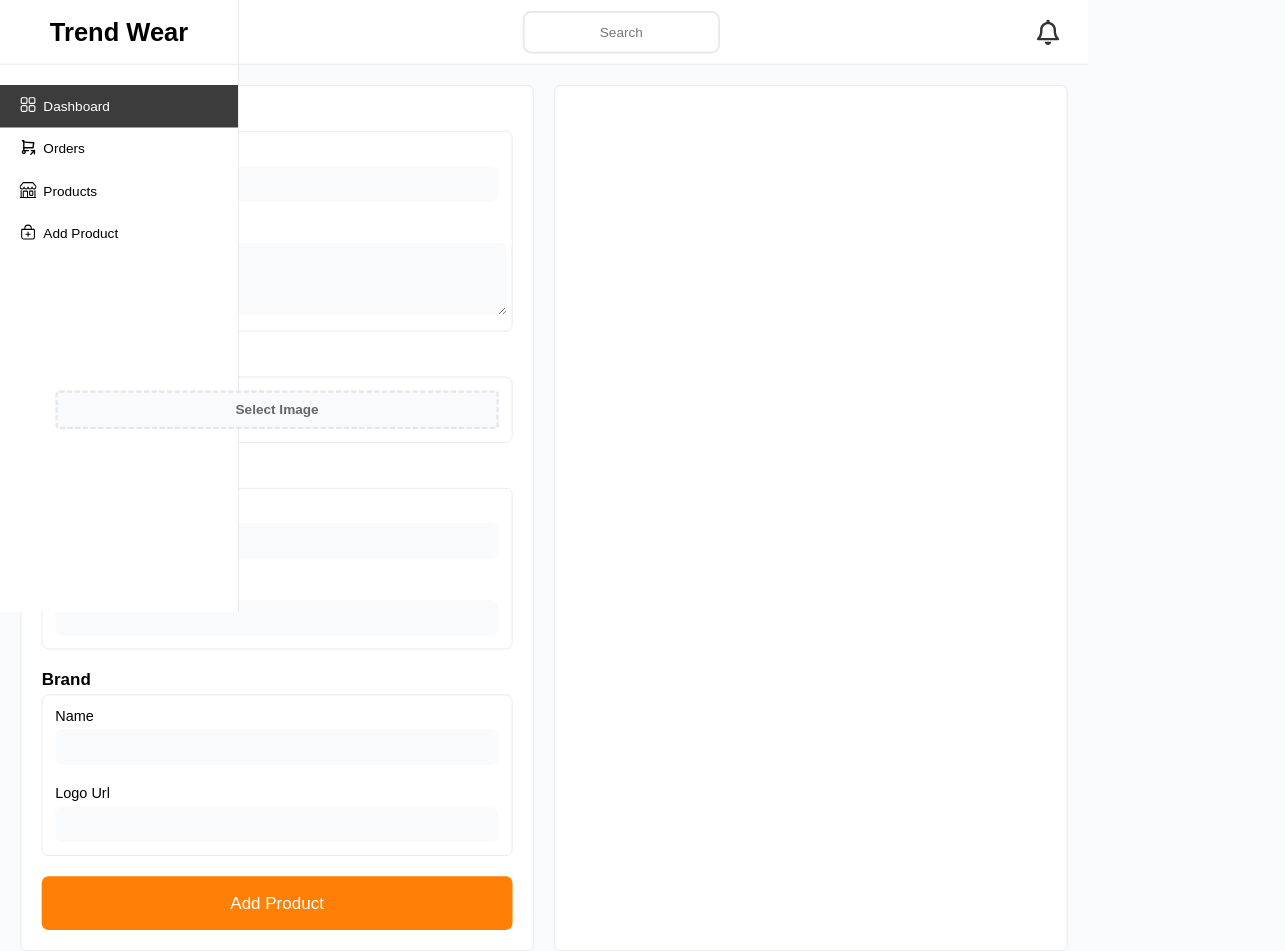
Repository: ahmad-dev7/TrendWear
Page: / (app in trend_wear_dashboard/)
These files come from the project's save history. The page is drawn as it stood at one moment and after the next save; the edit follows.
The browser window is 1280 px wide. The page is 1280 px wide, then 1512 px, so the pictures cover 1512 px, including what lies to the right of the window. The pictures show the whole page, at 85% of full size.
The project was rebuilt for these pictures with package versions that can differ from the ones it lists, and the page was loaded fresh each time. Also part of the build but not shown: trend_wear_dashboard/vite.config.ts.

Above is the page before, as saved 2025-01-20 13:30:17.

After the next save:
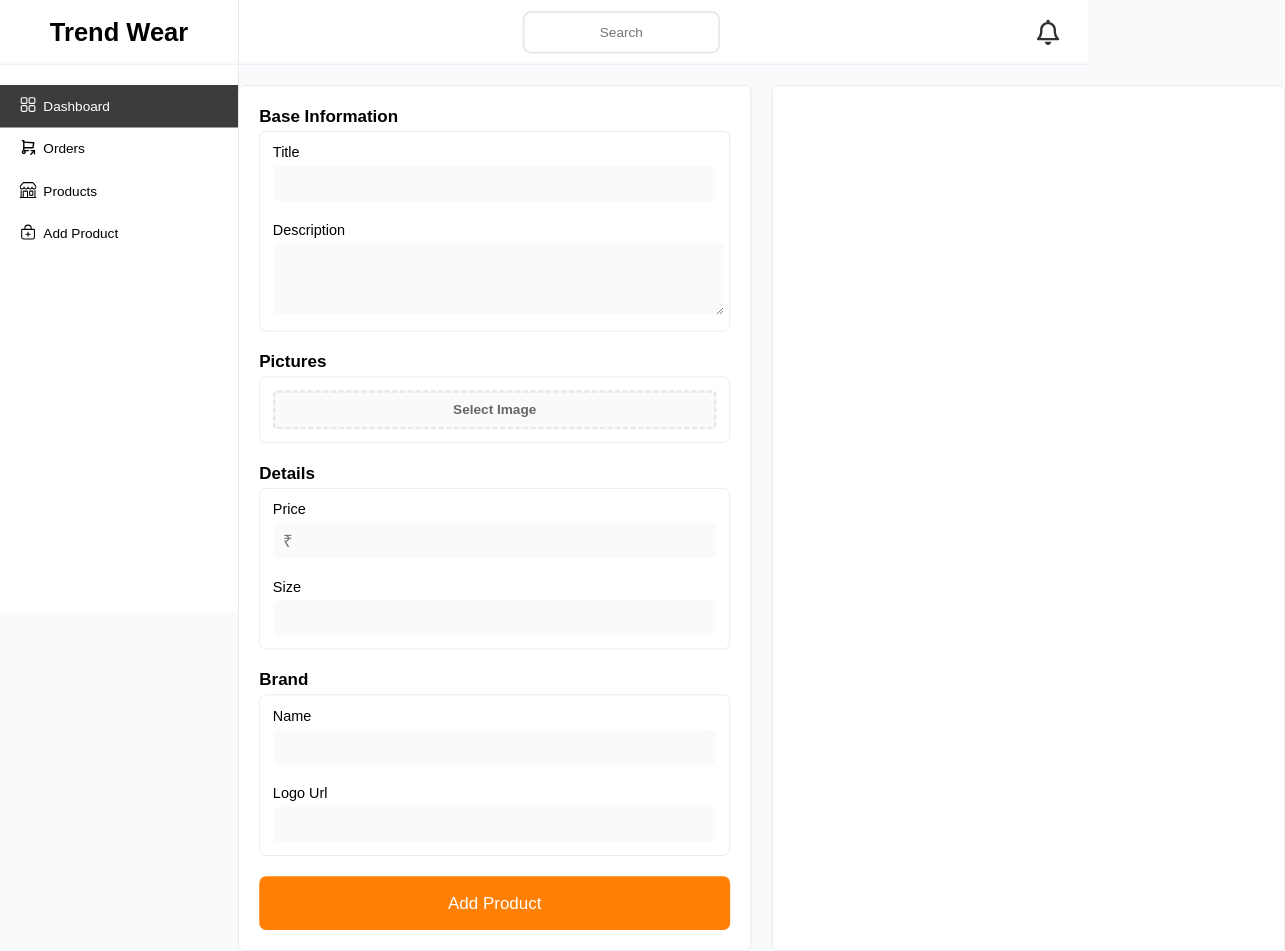
Saved 19 s later.
--- a/trend_wear_dashboard/src/Components/Body/Body.css
+++ b/trend_wear_dashboard/src/Components/Body/Body.css
@@ -2,7 +2,7 @@
     display: flex;
     flex-direction: column;
     margin: 24px;
-    width: calc(100% - 280px);
+    margin-left: 280px;
     height: 100vh;
     width: calc(100% - 48px);
     box-sizing: border-box;
